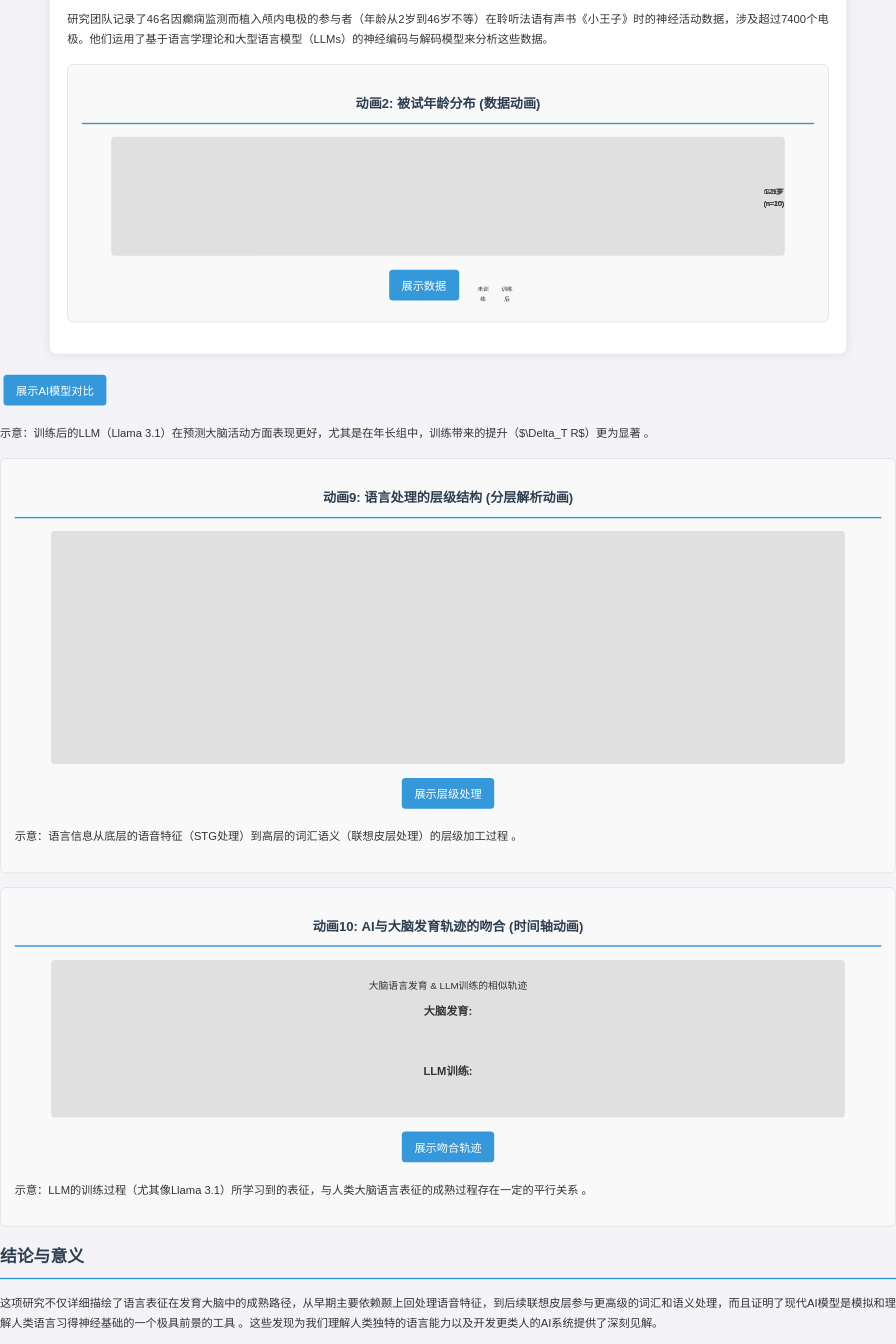
Repository: james130012/newcline
Page: useful/5.神经网络和年长大脑.html
The author's editor kept a copy of each file at every save. The page is drawn from the files as they stood at one save, then again after a run of saves.
The browser window is 1280 px wide. The pictures show the part of the page from y = 899 to 2819 px (the page is 2819 px tall before and 2714 px after), at 70% of full size.

Above is the page before, as saved 2025-05-16 08:03:20.

### useful/5.神经网络和年长大脑.html
<!DOCTYPE html>
<html lang="zh-CN">
<head>
    <meta charset="UTF-8">
    <meta name="viewport" content="width=device-width, initial-scale=1.0">
    <title>研究解读：语言在发育中大脑的涌现</title>
    <script src="https://unpkg.com/mathjax@3/es5/tex-mml-chtml.js" id="MathJax-script" async></script>
    <style>
        body {
            font-family: 'Arial', 'Helvetica Neue', 'Microsoft YaHei', sans-serif;
            line-height: 1.8;
            margin: 0;
            padding: 0;
            background-color: #f4f4f8;
            color: #333;
        }
        .container {
            width: 85%;
            margin: 20px auto;
            padding: 25px;
            background-color: #fff;
            box-shadow: 0 0 15px rgba(0,0,0,0.1);
            border-radius: 10px;
        }
        h1, h2, h3 {
            color: #2c3e50;
            border-bottom: 2px solid #3498db;
            padding-bottom: 10px;
        }
        h1 { text-align: center; }
        p { text-align: justify; }
        .animation-container {
            border: 1px solid #ddd;
            padding: 20px;
            margin: 20px 0;
            border-radius: 8px;
            background-color: #f9f9f9;
            text-align: center;
        }
        .animation-box {
            width: 90%;
            min-height: 150px;
            background-color: #e0e0e0;
            margin: 10px auto;
            padding:10px;
            border-radius: 5px;
            display: flex;
            align-items: center;
            justify-content: center;
            flex-direction: column;
            position: relative;
            overflow: hidden;
        }
        button {
            background-color: #3498db;
            color: white;
            border: none;
            padding: 10px 18px;
            text-align: center;
            text-decoration: none;
            display: inline-block;
            font-size: 16px;
            margin: 10px 5px;
            cursor: pointer;
            border-radius: 5px;
            transition: background-color 0.3s ease;
        }
        button:hover {
            background-color: #2980b9;
        }
        .hidden { display: none; }
        .fade-in { animation: fadeIn 1s ease-in-out; }
        @keyframes fadeIn {
            from { opacity: 0; }
            to { opacity: 1; }
        }
        .brain-outline {
            width: 100px;
            height: 100px;
            background-image: url('data:[embedded picture, 957 characters]');
            background-repeat: no-repeat;
            background-position: center;
            background-size: contain;
        }
        .sound-wave {
            width: 30px;
            height: 50px;
            background-image: url('data:[embedded picture, 235 characters]');
            animation: pulse 1.5s infinite;
            opacity: 0;
        }
        @keyframes pulse {
            0%, 100% { transform: scale(1); }
            50% { transform: scale(1.2); }
        }
        @keyframes pop-in {
            from { transform: scale(0); opacity: 0; }
            to { transform: scale(1); opacity: 1; }
        }
        .bar-chart-bar {
            background-color: #3498db;
            margin: 0 5px;
            display: inline-block;
            transition: height 1s ease-in-out;
            width: 30px;
            position: relative;
        }
        .bar-label {
            position: absolute;
            bottom: -20px;
            width: 100%;
            text-align: center;
            font-size: 10px;
        }
        .process-step {
            margin: 5px;
            padding: 10px;
            border: 1px solid #ccc;
            border-radius: 4px;
            display: inline-block;
            opacity: 0;
            transform: translateX(-20px);
            transition: opacity 0.5s, transform 0.5s;
        }
        .arrow {
            font-size: 20px;
            margin: 0 10px;
            opacity: 0;
            transition: opacity 0.5s 0.3s;
        }
        .flow-box {
            padding: 15px;
            border: 2px dashed #2ecc71;
            margin:10px;
            border-radius:5px;
            width:40%;
            text-align:center;
        }
        .line-graph-point {
            width: 8px;
            height: 8px;
            border-radius: 50%;
            position: absolute;
            background-color: red;
            opacity:0;
        }
        .legend-item {
            display:inline-block;
            margin-right:15px;
            font-size:12px;
        }
        .legend-color {
            width:12px;
            height:12px;
            display:inline-block;
            margin-right:5px;
            vertical-align:middle;
        }
        .brain-region {
            position:absolute;
            border:1px solid;
            border-radius:50%;
            padding:5px;
            font-size:10px;
            text-align:center;
            transition: background-color 0.5s, transform 0.5s;
        }
        .stg {
            top:40%;
            left:20%;
            width:30px;
            height:30px;
            background-color:#f39c12;
            border-color:#d35400;
        }
        .assoc-cortex {
            top:20%;
            left:50%;
            width:50px;
            height:50px;
            background-color:#3498db;
            border-color:#2980b9;
        }
        .hier-level {
            margin: 10px;
            padding: 10px;
            background-color: #ecf0f1;
            border-radius: 4px;
            border-left: 5px solid;
            transition: transform 0.5s, opacity 0.5s;
        }
        .phoneme-level { border-color: #e74c3c; }
        .word-level { border-color: #2ecc71; }
        .timeline {
            display: flex;
            justify-content: space-between;
            margin-top:10px;
            padding: 0 10%;
        }
        .timeline-event {
            opacity: 0;
            transition: opacity 1s;
            background-color: #95a5a6;
            color:white;
            padding:5px;
            border-radius:3px;
            font-size:12px;
        }
    </style>
</head>
<body>
    <div class="container">
        <h1>研究解读：语言在发育中大脑的涌现</h1>
        <p>本文基于 Linnea Evanson 等人于2025年5月12日发表的研究《Emergence of Language in the Developing Brain》，从物理和逻辑层面探讨儿童、青少年及成人在语言发展过程中大脑神经机制的奥秘。</p>

        <h2>引言：语言习得的奇迹</h2>
        <p>儿童仅凭数百万词汇的输入便能掌握复杂的语言，这一能力令人惊叹，但其背后的大脑机制仍有许多未知。该研究通过先进的神经科学技术和计算模型，旨在揭示语言表征在不同年龄段大脑中的位置、动态及其发展层级。</p>

        <div class="animation-container">
            <h3>动画1: 研究核心探索 (概念动画)</h3>
            <div class="animation-box" id="anim1-box">
                <div class="brain-outline" id="anim1-brain"></div>
                <div class="sound-wave" id="anim1-sound" style="left: 20%;"></div>
                <div id="anim1-text" class="word-bubble hidden" style="margin-top:10px;">大脑如何处理和学习语言？</div>
            </div>
            <button onclick="playAnim1()">播放动画</button>
            <p>示意：声波进入大脑，大脑特定区域被激活，展现语言处理过程。</p>
        </div>

        <h2>研究方法：多维度解析</h2>
        <p>研究团队记录了46名因癫痫监测而植入颅内电极的参与者（年龄从2岁到46岁不等）在聆听法语有声书《小王子》时的神经活动数据，涉及超过7400个电极。他们运用了基于语言学理论和大型语言模型（LLMs）的神经编码与解码模型来分析这些数据。</p>

        <div class="animation-container">
            <h3>动画2: 被试年龄分布 (数据动画)</h3>
            <div class="animation-box" id="anim2-box" style="display:flex; align-items:flex-end; height:120px;">
                <div id="bar_2_5" class="bar-chart-bar" style="height:0px; background-color:#1abc9c;"><span class="bar-label">2-5岁 (n=10)</span></div>
                <div id="bar_6_11" class="bar-chart-bar" style="height:0px; background-color:#3498db;"><span class="bar-label">6-11岁 (n=16)</span></div>
                <div id="bar_12_plus" class="bar-chart-bar" style="height:0px; background-color:#9b59b6;"><span class="bar-label">12+岁 (n=20)</span></div>
            </div>
            <button onclick="playAnim2()">展示数据</button>
                    <div id="bar_old_untrained" class="bar-chart-bar" style="height:0px; background-color:#f1c40f; width:20px;"><span class="bar-label" style="font-size:8px;">未训练</span></div>
                    <div id="bar_old_trained" class="bar-chart-bar" style="height:0px; background-color:#e67e22; width:20px;"><span class="bar-label" style="font-size:8px;">训练后</span></div>
                </div>
            </div>
            <button onclick="playAnim8()">展示AI模型对比</button>
             <p>示意：训练后的LLM（Llama 3.1）在预测大脑活动方面表现更好，尤其是在年长组中，训练带来的提升（$\Delta_T R$）更为显著 。</p>
        </div>

        <div class="animation-container">
            <h3>动画9: 语言处理的层级结构 (分层解析动画)</h3>
            <div class="animation-box" id="anim9-box">
                <div id="anim9-level1" class="hier-level phoneme-level" style="opacity:0;">输入: "猫" (语音信号)</div>
                <div id="anim9-arrow1" style="font-size:24px; margin:5px 0; opacity:0;">&darr;</div>
                <div id="anim9-level2" class="hier-level phoneme-level" style="opacity:0;">初级处理 (STG): 音素 /m/, /aʊ/</div>
                <div id="anim9-arrow2" style="font-size:24px; margin:5px 0; opacity:0;">&darr;</div>
                <div id="anim9-level3" class="hier-level word-level" style="opacity:0;">高级处理 (联想皮层): 词义 "猫"</div>
            </div>
            <button onclick="playAnim9()">展示层级处理</button>
             <p>示意：语言信息从底层的语音特征（STG处理）到高层的词汇语义（联想皮层处理）的层级加工过程 。</p>
        </div>

        <div class="animation-container">
            <h3>动画10: AI与大脑发育轨迹的吻合 (时间轴动画)</h3>
            <div class="animation-box" id="anim10-box" style="flex-direction:column;">
                <p style="font-size:14px; margin-bottom:10px;">大脑语言发育 & LLM训练的相似轨迹</p>
                <div style="width:80%;">
                    <strong>大脑发育:</strong>
                    <div class="timeline">
                        <span id="anim10-brain-s1" class="timeline-event">幼儿期 (语音基础)</span>
                        <span id="anim10-brain-s2" class="timeline-event">学龄期 (词汇丰富)</span>
                        <span id="anim10-brain-s3" class="timeline-event">成年期 (高级语义)</span>
                    </div>
                </div>
                <div style="width:80%; margin-top:15px;">
                    <strong>LLM训练:</strong>
                    <div class="timeline">
                        <span id="anim10-llm-s1" class="timeline-event">早期训练 (基础模式)</span>
                        <span id="anim10-llm-s2" class="timeline-event">中期训练 (复杂结构)</span>
                        <span id="anim10-llm-s3" class="timeline-event">后期训练 (类人表征)</span>
                    </div>
                </div>
            </div>
            <button onclick="playAnim10()">展示吻合轨迹</button>
             <p>示意：LLM的训练过程（尤其像Llama 3.1）所学习到的表征，与人类大脑语言表征的成熟过程存在一定的平行关系 。</p>
        </div>

        <h2>结论与意义</h2>
         <p>这项研究不仅详细描绘了语言表征在发育大脑中的成熟路径，从早期主要依赖颞上回处理语音特征，到后续联想皮层参与更高级的词汇和语义处理，而且证明了现代AI模型是模拟和理解人类语言习得神经基础的一个极具前景的工具 。这些发现为我们理解人类独特的语言能力以及开发更类人的AI系统提供了深刻见解。</p>
    </div>

After the next 3 saves:
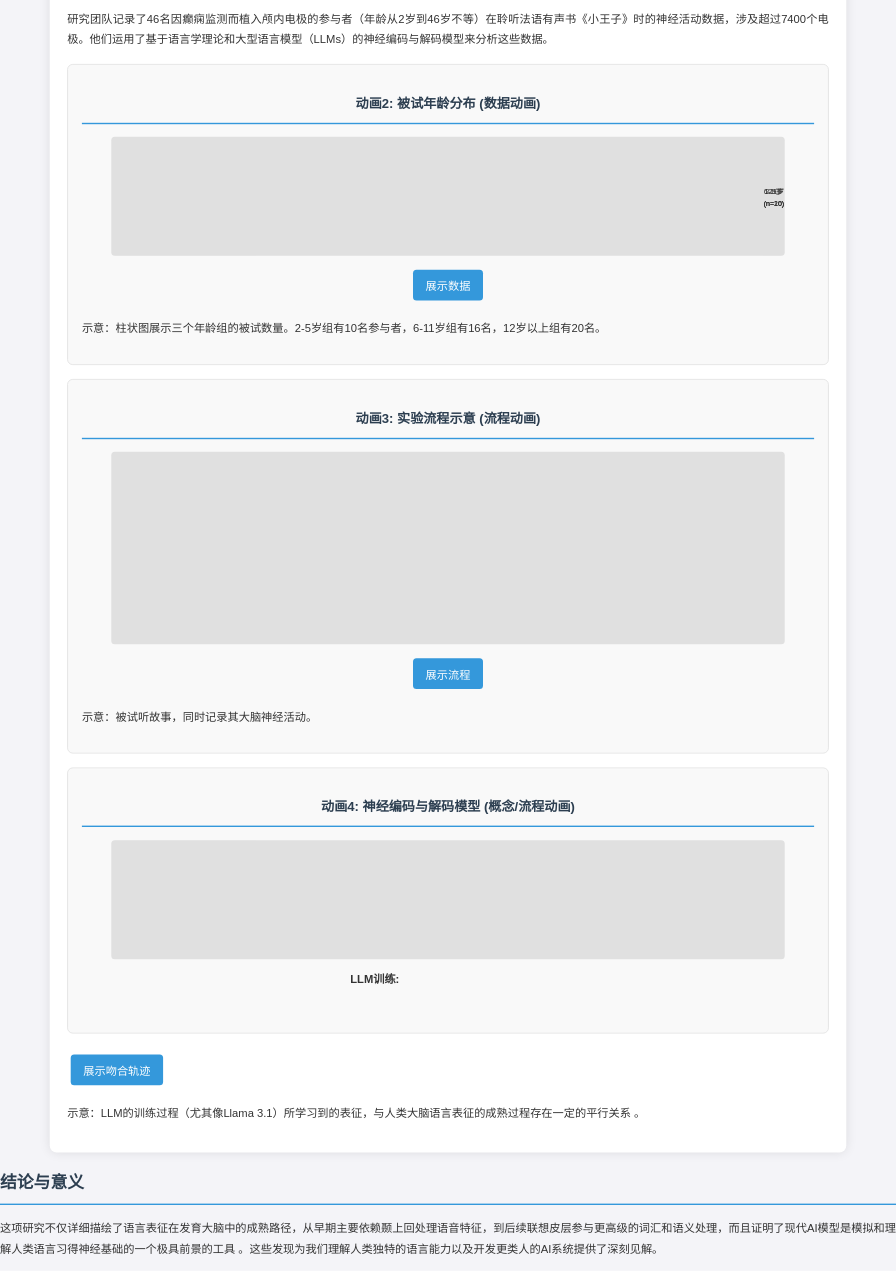
The 3 saves are shown as one change because they came seconds apart.
The last was saved 16 s later.
--- a/useful/5.神经网络和年长大脑.html
+++ b/useful/5.神经网络和年长大脑.html
@@ -238,34 +238,34 @@
                 <div id="bar_12_plus" class="bar-chart-bar" style="height:0px; background-color:#9b59b6;"><span class="bar-label">12+岁 (n=20)</span></div>
             </div>
             <button onclick="playAnim2()">展示数据</button>
-                    <div id="bar_old_untrained" class="bar-chart-bar" style="height:0px; background-color:#f1c40f; width:20px;"><span class="bar-label" style="font-size:8px;">未训练</span></div>
-                    <div id="bar_old_trained" class="bar-chart-bar" style="height:0px; background-color:#e67e22; width:20px;"><span class="bar-label" style="font-size:8px;">训练后</span></div>
+            <p>示意：柱状图展示三个年龄组的被试数量。2-5岁组有10名参与者，6-11岁组有16名，12岁以上组有20名。</p>
+        </div>
+
+        <div class="animation-container">
+            <h3>动画3: 实验流程示意 (流程动画)</h3>
+            <div class="animation-box" id="anim3-box">
+                <span id="anim3-step1" class="process-step">儿童/成人被试</span>
+                <span id="anim3-arrow1" class="arrow">&rarr;</span>
+                <span id="anim3-step2" class="process-step">听《小王子》有声书</span>
+                <span id="anim3-arrow2" class="arrow">&rarr;</span>
+                <span id="anim3-step3" class="process-step">颅内脑电(SEEG)记录</span>
+            </div>
+            <button onclick="playAnim3()">展示流程</button>
+            <p>示意：被试听故事，同时记录其大脑神经活动。</p>
+        </div>
+
+        <div class="animation-container">
+            <h3>动画4: 神经编码与解码模型 (概念/流程动画)</h3>
+            <div class="animation-box" id="anim4-box" style="flex-direction: row; justify-content: space-around;">
+                <div id="anim4-encoding" class="flow-box hidden">
+                    <h4>编码 (Encoding)</h4>
+                    语言特征 &rarr; 模型 &rarr; 预测大脑活动
+                    <p style="font-size:12px;">$ \text{预测脑活动} \approx W \cdot \overline{Y}_{\text{语言特征}} $</p>
+                    <p style="font-size:10px;">目标: $ \min_W ||X - \overline{Y}W||^2 + \lambda_c ||W||^2 $</p>
                 </div>
-            </div>
-            <button onclick="playAnim8()">展示AI模型对比</button>
-             <p>示意：训练后的LLM（Llama 3.1）在预测大脑活动方面表现更好，尤其是在年长组中，训练带来的提升（$\Delta_T R$）更为显著 。</p>
-        </div>
-
-        <div class="animation-container">
-            <h3>动画9: 语言处理的层级结构 (分层解析动画)</h3>
-            <div class="animation-box" id="anim9-box">
-                <div id="anim9-level1" class="hier-level phoneme-level" style="opacity:0;">输入: "猫" (语音信号)</div>
-                <div id="anim9-arrow1" style="font-size:24px; margin:5px 0; opacity:0;">&darr;</div>
-                <div id="anim9-level2" class="hier-level phoneme-level" style="opacity:0;">初级处理 (STG): 音素 /m/, /aʊ/</div>
-                <div id="anim9-arrow2" style="font-size:24px; margin:5px 0; opacity:0;">&darr;</div>
-                <div id="anim9-level3" class="hier-level word-level" style="opacity:0;">高级处理 (联想皮层): 词义 "猫"</div>
-            </div>
-            <button onclick="playAnim9()">展示层级处理</button>
-             <p>示意：语言信息从底层的语音特征（STG处理）到高层的词汇语义（联想皮层处理）的层级加工过程 。</p>
-        </div>
-
-        <div class="animation-container">
-            <h3>动画10: AI与大脑发育轨迹的吻合 (时间轴动画)</h3>
-            <div class="animation-box" id="anim10-box" style="flex-direction:column;">
-                <p style="font-size:14px; margin-bottom:10px;">大脑语言发育 & LLM训练的相似轨迹</p>
-                <div style="width:80%;">
-                    <strong>大脑发育:</strong>
-                    <div class="timeline">
+                <div id="anim4-decoding" class="flow-box hidden">
+                    <h4>解码 (Decoding)</h4>
+                    大脑活动 &rarr; 模型 &rarr; 预测语言特征
                         <span id="anim10-brain-s1" class="timeline-event">幼儿期 (语音基础)</span>
                         <span id="anim10-brain-s2" class="timeline-event">学龄期 (词汇丰富)</span>
                         <span id="anim10-brain-s3" class="timeline-event">成年期 (高级语义)</span>
